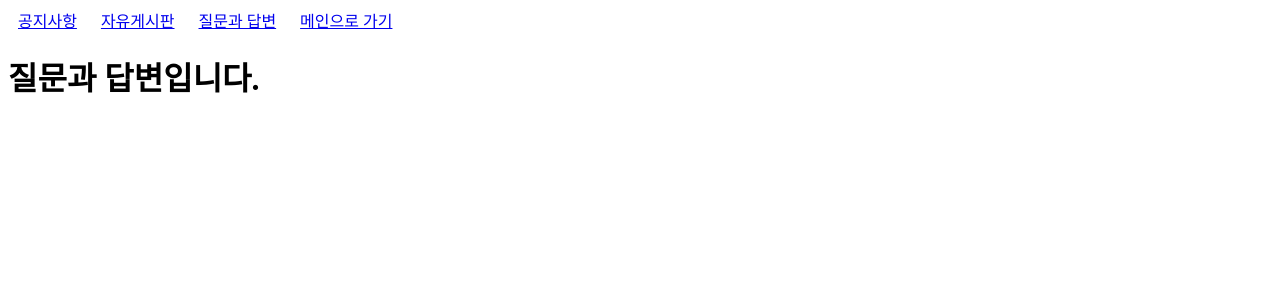
Repository: shingiyeon/jsp
Page: http://localhost/Article_DB_project/jsp/QnA.jsp
These files come from the project's save history. The page is drawn as it stood at one moment and after the next save; the edit follows.
The browser window is 1280 px wide. The pictures show the whole page.
The page is served by Tomcat 9.

Above is the page before, as saved 2019-05-25 06:47:50.

After the next save:
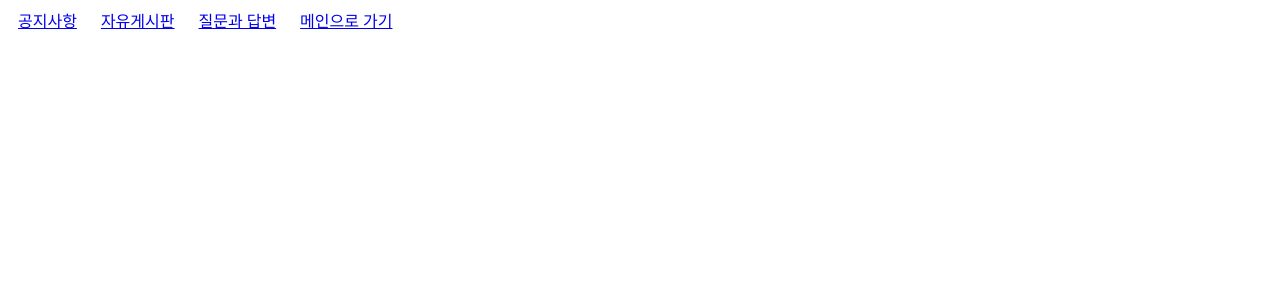
Saved 14 s later.
--- a/workspace/Article_DB_project/WebContent/jsp/map.jsp
+++ b/workspace/Article_DB_project/WebContent/jsp/map.jsp
@@ -18,8 +18,5 @@
 		<a href="./QnA.jsp">질문과 답변</a>
 		<a href="./index.jsp">메인으로 가기</a>
 	</header>
-	<body>
-		<h1>질문과 답변입니다.</h1>
-	</body>
 </body>
 </html>
